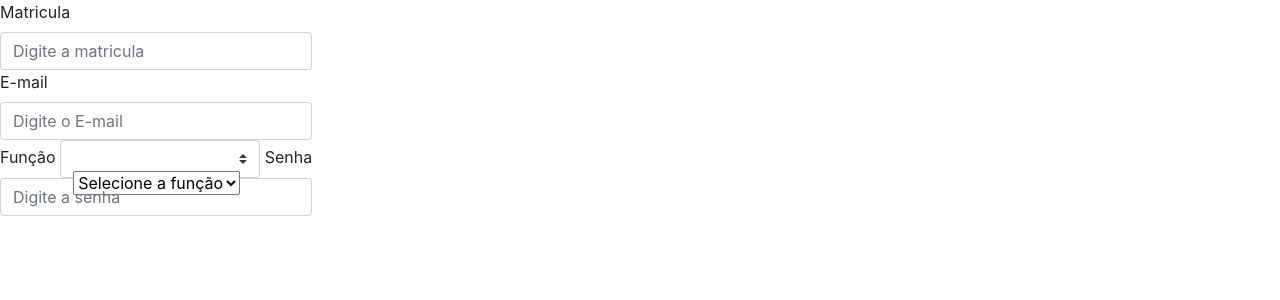
Repository: gabrielfeliphe/AssistenciaTecnica
Page: PI-AssistenciaTecnica/WebContent/pages/adm/cadastro_funcionario.html
The author's editor kept a copy of each file at every save. The page is drawn from the files as they stood at one save, then again after the next save.
The browser window is 1280 px wide. The pictures show the whole page.

Above is the page before, as saved 2021-10-12 06:07:53.
Console error: TypeError: Cannot read properties of undefined (reading 'fn')

### PI-AssistenciaTecnica/WebContent/pages/adm/cadastro_funcionario.html
<!DOCTYPE html>
<html>
<head>
<meta charset="UTF-8">
<title>Cadastro de funcionários</title>

<link rel="stylesheet" href="https://stackpath.bootstrapcdn.com/bootstrap/4.1.3/css/bootstrap.min.css" integrity="sha384-MCw98/SFnGE8fJT3GXwEOngsV7Zt27NXFoaoApmYm81iuXoPkFOJwJ8ERdknLPMO" crossorigin="anonymous">
<script src="https://stackpath.bootstrapcdn.com/bootstrap/4.1.3/js/bootstrap.min.js" integrity="sha384-ChfqqxuZUCnJSK3+MXmPNIyE6ZbWh2IMqE241rYiqJxyMiZ6OW/JmZQ5stwEULTy" crossorigin="anonymous"></script>



</head>
<body>

	<div class="form-group row col-sm-10">
		<form>
		 	<label>Matricula</label>
		 	 <input type="text" class="form-control"  placeholder="Digite a matricula">
		 	 <label>E-mail</label>
		 	 <input type="email" class="form-control"  placeholder="Digite o E-mail">
		 	 <label>Função</label>
		 	  <div class="custom-select" style="width:200px;"></br>
				  <select>
				    <option value="0">Selecione a função</option>
				    <option value="1">Administrador</option>
				    <option value="2">Recepção</option>
				    <option value="3">Manutenção</option>
				    <option value="4">Almoxarife</option>
	 			 </select>
			</div>
		 	 <label>Senha</label>
		 	 <input type="password" class="form-control"  placeholder="Digite a senha">
		</form>
	</div>

</body>
</html>

After the next save:
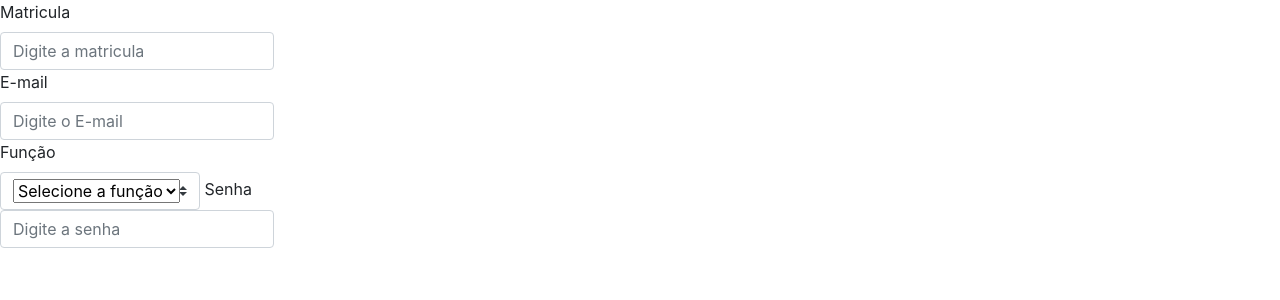
Saved 19 s later.
--- a/PI-AssistenciaTecnica/WebContent/pages/adm/cadastro_funcionario.html
+++ b/PI-AssistenciaTecnica/WebContent/pages/adm/cadastro_funcionario.html
@@ -18,8 +18,8 @@
 		 	 <input type="text" class="form-control"  placeholder="Digite a matricula">
 		 	 <label>E-mail</label>
 		 	 <input type="email" class="form-control"  placeholder="Digite o E-mail">
-		 	 <label>Função</label>
-		 	  <div class="custom-select" style="width:200px;"></br>
+		 	 <label>Função</label></br>
+		 	  <div class="custom-select" style="width:200px;">
 				  <select>
 				    <option value="0">Selecione a função</option>
 				    <option value="1">Administrador</option>
